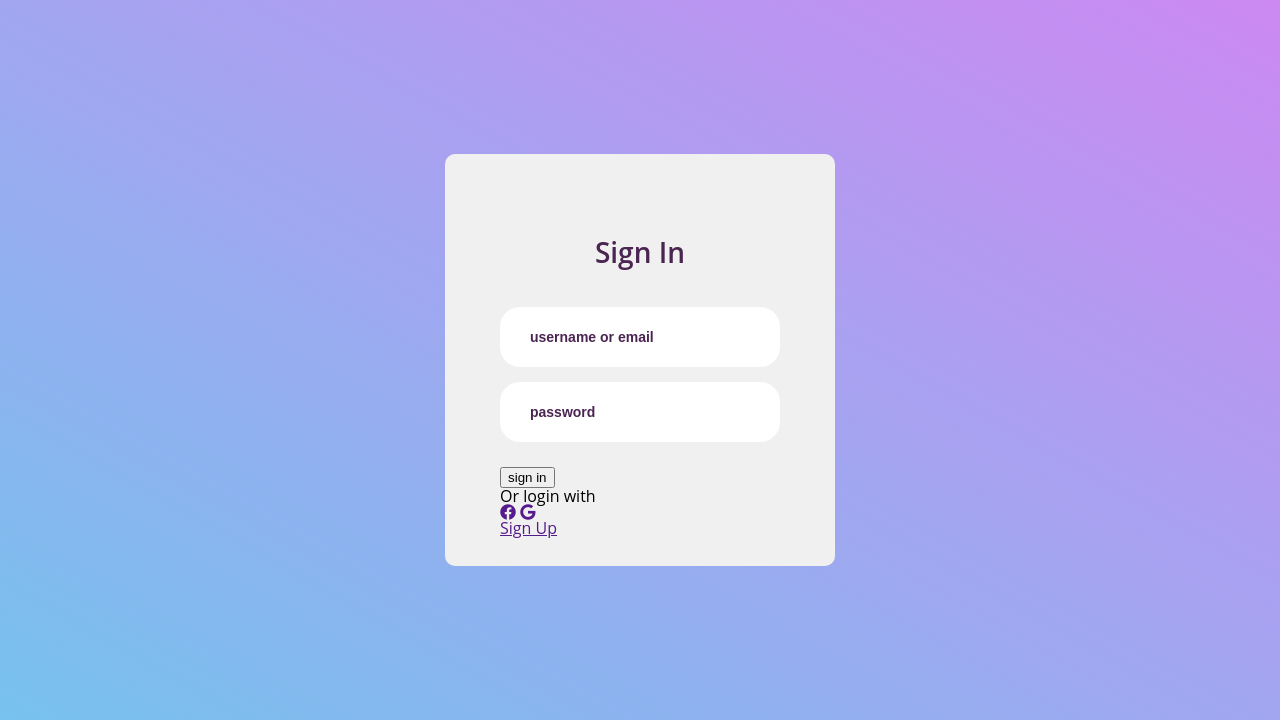
Repository: letrongtinh27/LapTrinhWeb
Page: signin/index.html
These files come from the project's save history. The page is drawn as it stood at one moment and after the next save; the edit follows.
The browser window is 1280 px wide. The pictures show the whole page.

Above is the page before, as saved 2022-10-09 21:08:45.

After the next save:
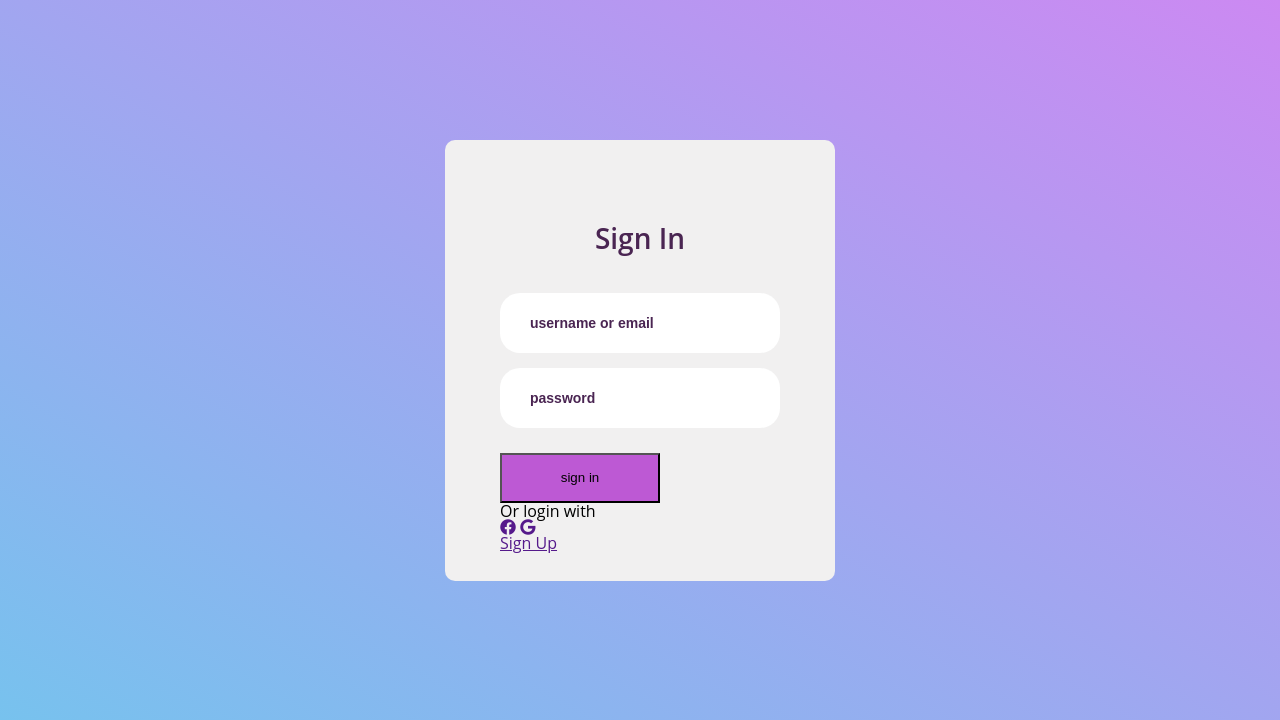
Saved 66 s later.
--- a/signin/style.css
+++ b/signin/style.css
@@ -66,7 +66,10 @@ form {
 
 .btn-signin{
    margin-top: 10px;
-   align-items: center;
+  width: 160px;
+  height: 50px;
+  text-align: center;
+  background-color: #bd59d4;
 
 }
 .sing-in-icon{
